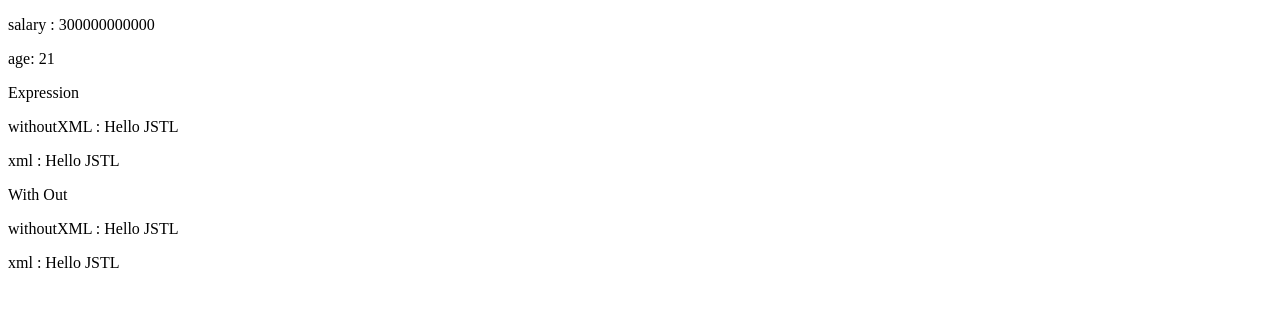
Repository: ZawMinKhantOrLeon/JavaEEWS
Page: http://localhost/jsp_servlet/jstl-core-var.jsp
These files come from the project's save history. The page is drawn as it stood at one moment and after a run of saves; the edit follows.
The browser window is 1280 px wide. The pictures show the whole page.
The page is served by Tomcat 10. Other server files are loaded and not shown.

Above is the page before, as saved 2024-02-20 05:24:05.

### jsp_servlet/src/main/webapp/jstl-core-var.jsp
<%@ page language="java" contentType="text/html; charset=ISO-8859-1"
    pageEncoding="ISO-8859-1"%>
<%@ taglib uri="jakarta.tags.core" prefix="c" %>
<!DOCTYPE html>
<html>
<head>
<meta charset="ISO-8859-1">
<title>Jstl Core Var</title>
</head>
<body>
	<c:set var="salary"  value="300000000000"/>
	<c:set var="age"  value="21"/>
	<c:set var="withoutXML"  value="Hello JSTL"/>
	<c:set var="withXML"  value="<hello>Hello JSTL </hello>"/>

	<p>salary : ${salary }</p>
	<p>age: <c:out value="${age }" /> </p>

	<p> Expression </p>
	<p>withoutXML : ${withoutXML } </p>
	<p>xml : ${withXML } </p>

	<p> With Out </p>
	<p>withoutXML : <c:out value="${withoutXML }" /> </p>
	<p>xml : <c:out value="${withoutXML }" /> </p>
</body>
</html>

After the next 2 saves:
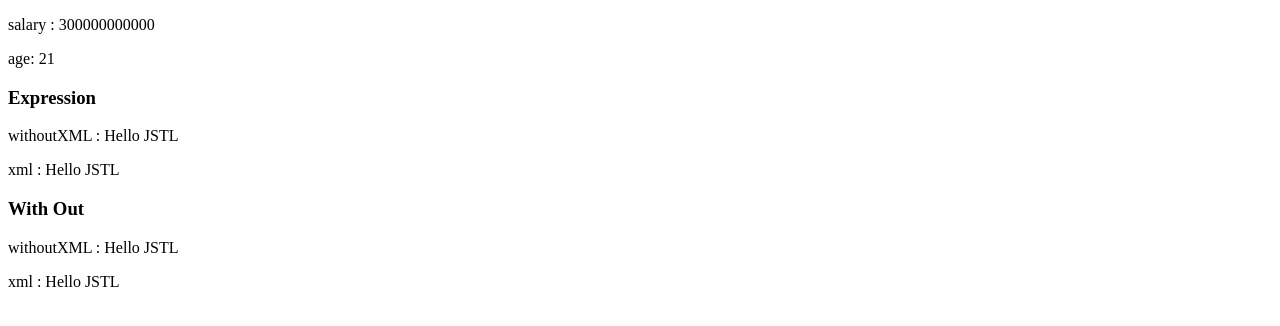
The 2 saves are shown as one change because 1 did not build or start.
The last was saved 57 s later.
--- a/jsp_servlet/src/main/webapp/jstl-core-var.jsp
+++ b/jsp_servlet/src/main/webapp/jstl-core-var.jsp
@@ -16,12 +16,12 @@
 	<p>salary : ${salary }</p>
 	<p>age: <c:out value="${age }" /> </p>
 
-	<p> Expression </p>
+	<h3> Expression </h3>
 	<p>withoutXML : ${withoutXML } </p>
 	<p>xml : ${withXML } </p>
 
-	<p> With Out </p>
+	<h3> With Out </h3>
 	<p>withoutXML : <c:out value="${withoutXML }" /> </p>
-	<p>xml : <c:out value="${withoutXML }" /> </p>
+	<p>xml : <c:out value="${withXML }" escapeXml="false" /> </p>
 </body>
 </html>
